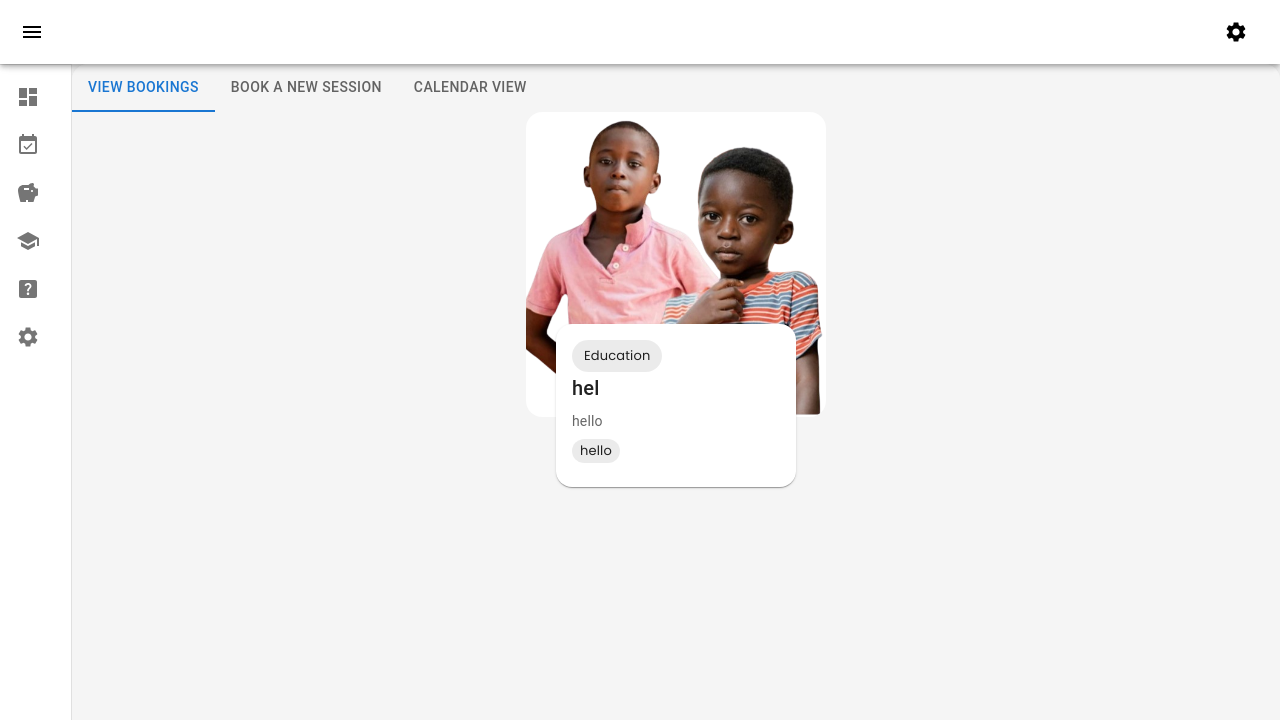
Repository: shubhampirate/Google_Solutions_Edural
Page: /bookings
The author's editor kept a copy of each file at every save. The page is drawn from the files as they stood at one save, then again after the next save.
The browser window is 1280 px wide. The pictures show the whole page.
An inner scrolling area shows only its first screen. The project was rebuilt for these pictures with package versions that can differ from the ones it lists, and the page was loaded fresh each time. Some packages were replaced by stand-ins written for this rebuild. Also part of the build but not shown: src/Components/CustomButton.jsx, src/Components/Navbar.jsx, src/Components/Footer.jsx, src/Components/CongratsCard.jsx, src/pages/Hero/Hero.jsx, src/pages/Dashboard/Dashboard.jsx, src/pages/Sign_in.jsx, src/pages/Bookings/LicenseCard.jsx.

Above is the page before, as saved 2024-02-04 17:51:37.

After the next save:
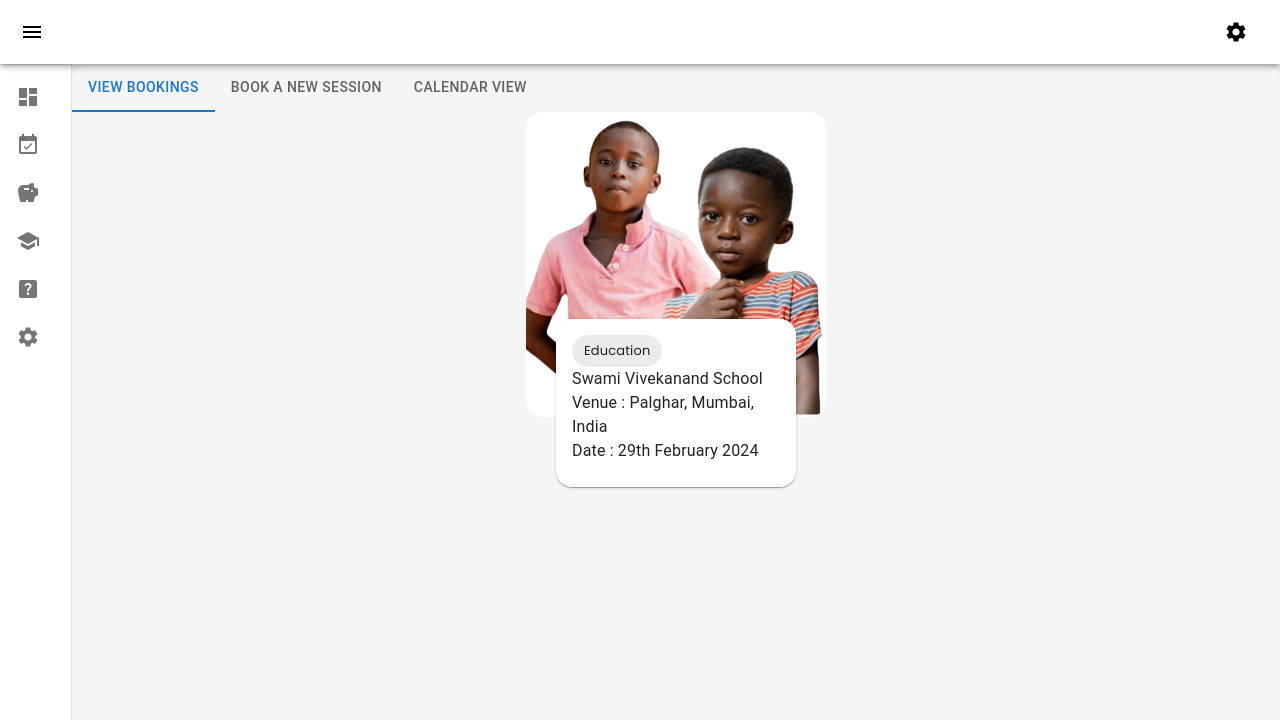
Saved 46 s later.
--- a/src/pages/Bookings/bookings.jsx
+++ b/src/pages/Bookings/bookings.jsx
@@ -122,13 +122,15 @@ export default function Booking() {
        >
          <CardContent>
          <Chip size="sm" variant="soft" label="Education" />
-           <Typography variant="h6" gutterBottom>
-             hel
-           </Typography>
-           <Typography variant="body2" color="text.secondary">
-         hello
-           </Typography>
-           <Chip label="hello" size="small" sx={{ marginTop: '8px' }} />
+
+           <Typography level="title-lg"> Swami Vivekanand School </Typography>
+        <Typography level="body-md">
+         Venue : Palghar, Mumbai, India
+        </Typography>
+        <Typography level="body-md">
+         Date : 29th February 2024
+        </Typography>
+           {/* <Chip label="hello" size="small" sx={{ marginTop: '8px' }} /> */}
          </CardContent>
        </Card>
      </Box>
@@ -175,13 +177,13 @@ export default function Booking() {
 //         </Typography>
 //       </div>
 //       <CardContent>
-//         <Typography level="title-lg"> Swami Vivekanand School </Typography>
-//         <Typography level="body-md">
-//          Venue : Palghar, Mumbai, India
-//         </Typography>
-//         <Typography level="body-md">
-//          Date : 29th February 2024
-//         </Typography>
+        // <Typography level="title-lg"> Swami Vivekanand School </Typography>
+        // <Typography level="body-md">
+        //  Venue : Palghar, Mumbai, India
+        // </Typography>
+        // <Typography level="body-md">
+        //  Date : 29th February 2024
+        // </Typography>
 //       </CardContent>
 //       <CardActions>
 //       <CustomButton
